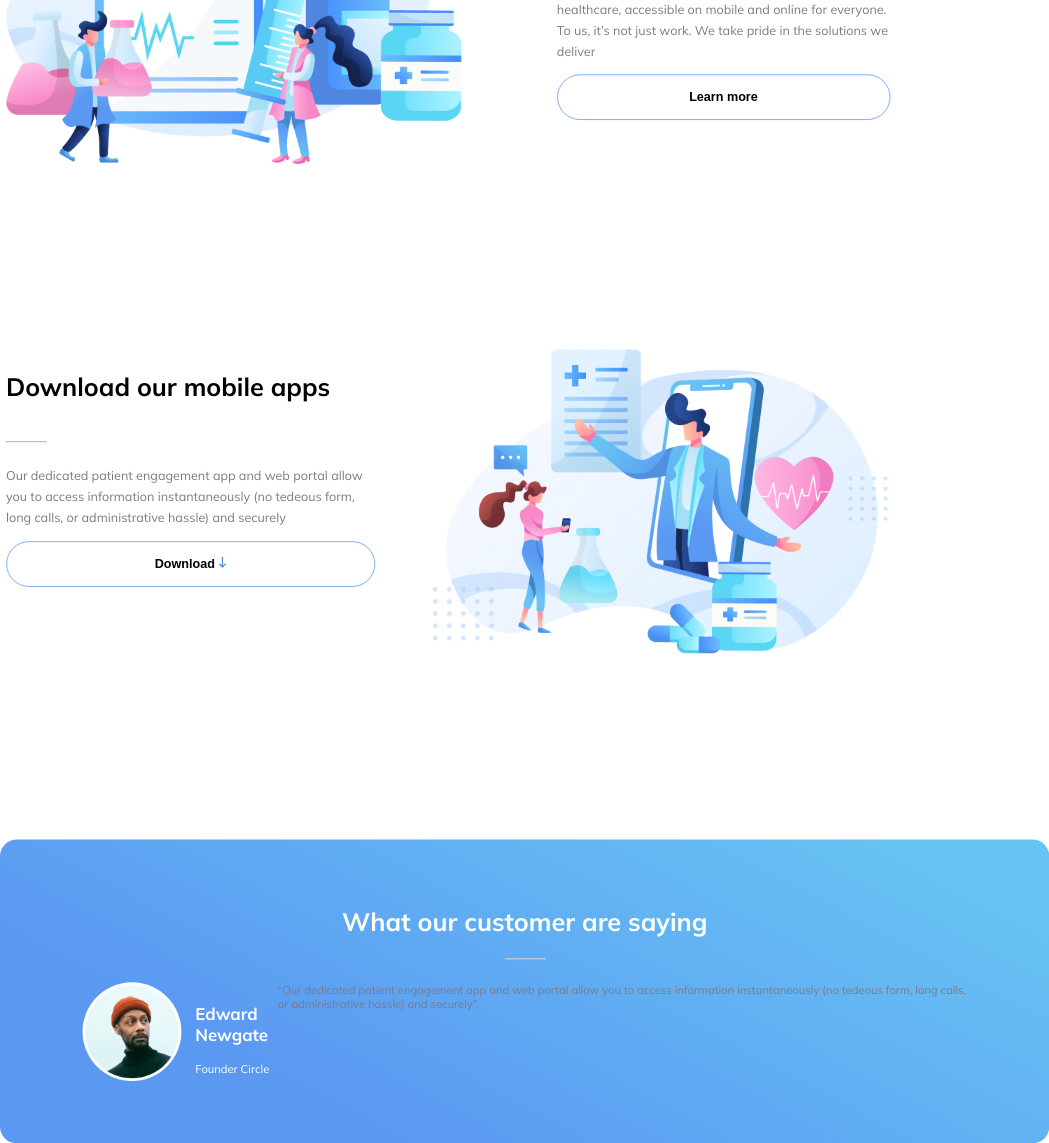
Repository: ivan-developer-01/trafalgar-layout
Page: index.html
The author's editor kept a copy of each file at every save. The page is drawn from the files as they stood at one save, then again after the next save.
The browser window is 1280 px wide. The page is 1499 px wide, so the pictures cover 1499 px, including what lies to the right of the window. The pictures show the part of the page from y = 2446 to 4086 px (the page is 4079 px tall before and 4086 px after), at 70% of full size.

Above is the page before, as saved 2024-11-08 15:29:45.

### index.html
<!DOCTYPE html>
<html lang="en">
<head>
	<meta charset="UTF-8">
	<meta http-equiv="X-UA-Compatible" content="IE=edge">
	<meta name="viewport" content="width=device-width, initial-scale=1.0">
	<title>Trafalgar Services</title>
	<link rel="preconnect" href="https://fonts.googleapis.com">
	<link rel="preconnect" href="https://fonts.gstatic.com" crossorigin>
	<link href="https://fonts.googleapis.com/css2?family=Mulish:ital,wght@0,200;0,300;0,400;0,500;0,600;0,700;0,800;0,900;1,200;1,300;1,400;1,500;1,600;1,700;1,800;1,900&display=swap" rel="stylesheet">
	<link rel="stylesheet" href="style.css">
</head>
<body>
	<header class="header">
		<div class="container">
			<!-- left part -->
			<div>
				<div class="logo">
					<img src="images/logo.png" alt="Trafalgar Logo">
				</div>
			</div>

			<!-- right part -->
			<div>
				<nav>
					<a href="#" class="nav__link nav__link-main">Home</a>
					<a href="#" class="nav__link">Find a doctor</a>
					<a href="#" class="nav__link">Apps</a>
					<a href="#" class="nav__link">Testimonials</a>
					<a href="#" class="nav__link">About us</a>
				</nav>
			</div>
		</div>
	</header>

	<main>
		<section class="main-info">
			<div class="container">
				<!-- left part -->
				<div>
					<h1>Virtual healthcare for you</h1>

					<p>Trafalgar provides progressive, and affordable healthcare, accessible on mobile and online for everyone</p>

					<button class="button round-button bg-blue">Consult today</button>
				</div>

				<!-- right part -->
				<div>
					<img src="images/hero.png" alt="Trafalgar hero image">
				</div>
			</div>

			<div class="overlay"></div>
		</section>

		<section class="our-services">
			<div class="container">
				<h2>Our services</h2>
				<hr>

				<p>We provide to you the best choiches for you. Adjust it to your health needs and make sure your undergo treatment with our highly qualified doctors you can consult with us which type of service is suitable for your health</p>

				<div class="cards">
					<div class="card">
						<img src="images/our-services/cards/search-doctor.svg" alt="Search doctor">
						<h3>Search doctor</h3>
						<p>Choose your doctor from thousands of specialist, general, and trusted hospitals</p>
					</div>
					<div class="card">
						<img src="images/our-services/cards/online-pharmacy.svg" alt="Online pharmacy">
						<h3>Online pharmacy</h3>
						<p>Buy  your medicines with our mobile application with a simple delivery system</p>
					</div>
					<div class="card">
						<img src="images/our-services/cards/consultation.svg" alt="Consultation">
						<h3>Consultation</h3>
						<p>Free consultation with our trusted doctors and get the best recomendations</p>
					</div>
					<div class="card">
						<img src="images/our-services/cards/details-info.svg" alt="Details info">
						<h3>Details info</h3>
						<p>Free consultation with our trusted doctors and get the best recomendations</p>
					</div>
					<div class="card">
						<img src="images/our-services/cards/emergency-care.svg" alt="Emergency care">
						<h3>Emergency care</h3>
						<p>You can get 24/7 urgent care for yourself or your children and your
lovely family</p>
					</div>
					<div class="card">
						<img src="images/our-services/cards/tracking.svg" alt="Tracking">
						<h3>Tracking</h3>
						<p>Track and save your medical history and health data</p>
					</div>
				</div>

				<button class="button round-button">Learn more</button>
			</div>

			<div class="overlay"></div>
			<div class="top-overlay"></div>
		</section>

		<section class="apps">
			<div class="container">
				<div class="flex-two-blocks">
					<!-- left part -->
					<div>
						<div class="image">
							<img src="images/apps/leading-healthcare-providers.png" alt="Leading healthcare providers">
						</div>
					</div>

					<!-- right part -->
					<div>
						<h2>Leading healthcare providers</h2>
						<hr>
						<p>
							Trafalgar provides progressive, and affordable healthcare, accessible on mobile and online for everyone. To us, it’s not just work. We take pride in the solutions we deliver
						</p>

						<button class="button round-button">Learn more</button>
					</div>
				</div>

				<div class="flex-two-blocks">
					<!-- left part -->
					<div>
						<h2>Download our mobile apps</h2>
						<hr>
						<p>
							Our dedicated patient engagement app and web portal allow you to access information instantaneously (no tedeous form, long calls, or administrative hassle) and securely
						</p>

						<button class="button round-button">Download
							<img src="images/arrow-download.svg" alt="Download icon">
						</button>
					</div>

					<!-- right part -->
					<div>
						<div class="image">
							<img src="images/apps/mobile-apps.png" alt="Mobile apps">
						</div>
					</div>
				</div>
			</div>
		</section>

		<section class="reviews">
			<div class="container">
				<h2>What our customer are saying</h2>
				<hr>
				<div class="review-slider">
					<div class="review">
						<div class="review-user">
							<img src="images/reviews/avatar-1.png" alt="Avatar" class="avatar">
							<div class="user-credentials">
								<h3>Edward Newgate</h3>
								<span>Founder Circle</span>
							</div>
						</div>

						<div class="review-text">
							<p>
								“Our dedicated patient engagement app and web portal allow you to access information instantaneously (no tedeous form, long calls, or administrative hassle) and securely”
							</p>
						</div>
					</div>
				</div>
			</div>
		</section>
	</main>
</body>
</html>

### style.css
html,
body {
	width: 100vw;
	margin: 0;
	padding: 0;
	font-family: 'Mulish', sans-serif;
}

.container {
	width: 100%;
	max-width: 1263px;
	margin: 0 auto;
}

section hr {
	width: 56px;
	margin-top: 26px;
	margin-bottom: 33px;
}

h1 {
	font-size: 48px;
}

h3 {
	font-size: 24px;
}

p {
	color: #7D7987;
	margin-top: 0;
}

.button {
	/* appearance: none; */
	border: 1px solid #458FF6;
	background: transparent;
	cursor: pointer;
	font-weight: 700;
	font-size: 18px;
	padding: 21px 41px;
}

.button.round-button {
	border-radius: 999px;
}

.bg-blue {
	background-color: #458FF6;
	color: #FFF;
}

/* header */
.header {
	padding-top: 56px;
}

.header .container {
	display: flex;
	justify-content: space-between;
	align-items: center;
}

.header nav {
	display: flex;
	gap: 40px;
	font-size: 18px;
}

.header nav a {
	text-decoration: none;
	color: #8f8a9a;
}

.header .nav__link-main {
	color: #1F1534;
}
/* /header */

/* main-info */
.main-info {
	position: relative;
}

.main-info .overlay {
	position: absolute;
	top: 0;
	left: 0;
	right: 0;
	bottom: 0;
	background-image: url(images/main-info-overlay.png);
	background-repeat: no-repeat;
	z-index: -1;
}

.main-info .container {
	display: flex;
	justify-content: space-between;
	align-items: center;
	gap: 109px;
}

.main-info p {
	font-size: 21px;
	line-height: 32px;
	margin-top: 25px;
	margin-bottom: 45px;
}
/* /main-info */

/* our-services */
.our-services {
	margin-top: 190px;
	position: relative;
}

.our-services .overlay,
.our-services .top-overlay {
	position: absolute;
	right: 0;
	bottom: 0;
	left: 0;
	background-repeat: no-repeat;
	z-index: -1;
	pointer-events: none;
}

.our-services .overlay {
	top: calc(20% - 44px);
	background-image: url(images/our-services/our-services-overlay.svg);
}

.our-services .top-overlay {
	top: 46%;
	left: 76%;
	background-image: url(images/our-services/our-services-top-overlay.svg);
}

.our-services .container {
	text-align: center;
}

.our-services p {
	max-width: 952px;
	margin: 0 auto;
}

.our-services .cards {
	display: grid;
	grid-template-columns: repeat(3, 1fr);
	gap: 34px;
	margin-top: 80px;
	position: relative;
	background: transparent;
}

.our-services .cards .card {
	box-shadow: 10px 40px 50px 0px #E5E9F666;
	/* top right bottom left */
	width: calc(350px - 52px - 36px);
	height: calc(354px - 58px - 47px);
	border-radius: 20px;
	padding: 58px 52px 47px 36px;
	text-align: left;
	background: #FFF;
	z-index: 1;
}

.our-services .cards .card p {
	font-size: 16px;
	line-height: 28px;
}

.our-services .cards .card h3 {
	margin-top: 36.25px;
}

.our-services .button {
	margin-top: 72px;
	color: #458FF6;
	border-width: 1.4px;
	min-width: 200px;
}
/* /our-services */

/* apps */
.apps {
	margin-top: 220px;
}

.apps .container {
	display: grid;
	gap: 265px;
}

.apps .flex-two-blocks {
	display: flex;
}

.apps .flex-two-blocks div {
	display: flex;
	flex-direction: column;
}

.apps .flex-two-blocks h2 {
	font-size: 36px;
}

.apps .flex-two-blocks hr {
	text-align: left;
	width: 56px;
	margin-left: 0;
	margin-right: 0;
}

.apps .flex-two-blocks p {
	font-size: 18px;
	line-height: 30px;
}

.apps .flex-two-blocks:first-child {
	gap: 137px;
}

.apps .flex-two-blocks:last-child {
	gap: 71px;
}
/* /apps */

/* reviews */
.reviews {
	margin-top: 266px;
}

.reviews .container {
	background: linear-gradient(208.18deg, #67C3F3 9.05%, #5A98F2 76.74%);
	color: white;
	text-align: center;
	padding: 64px 118px 89px 118px;
	border-radius: 24px;
}

.reviews hr {
	color: white;
}

.reviews h2 {
	font-size: 36px;
}


.review-slider .review {
	display: flex;
	justify-content: center;
}

.review-slider .review .review-user {
	display: flex;
	align-items: center;
	gap: 20px;
	text-align: left;
}
.review-slider .review .review-text {
	text-align: left;
}

/* /reviews */

After the next save:
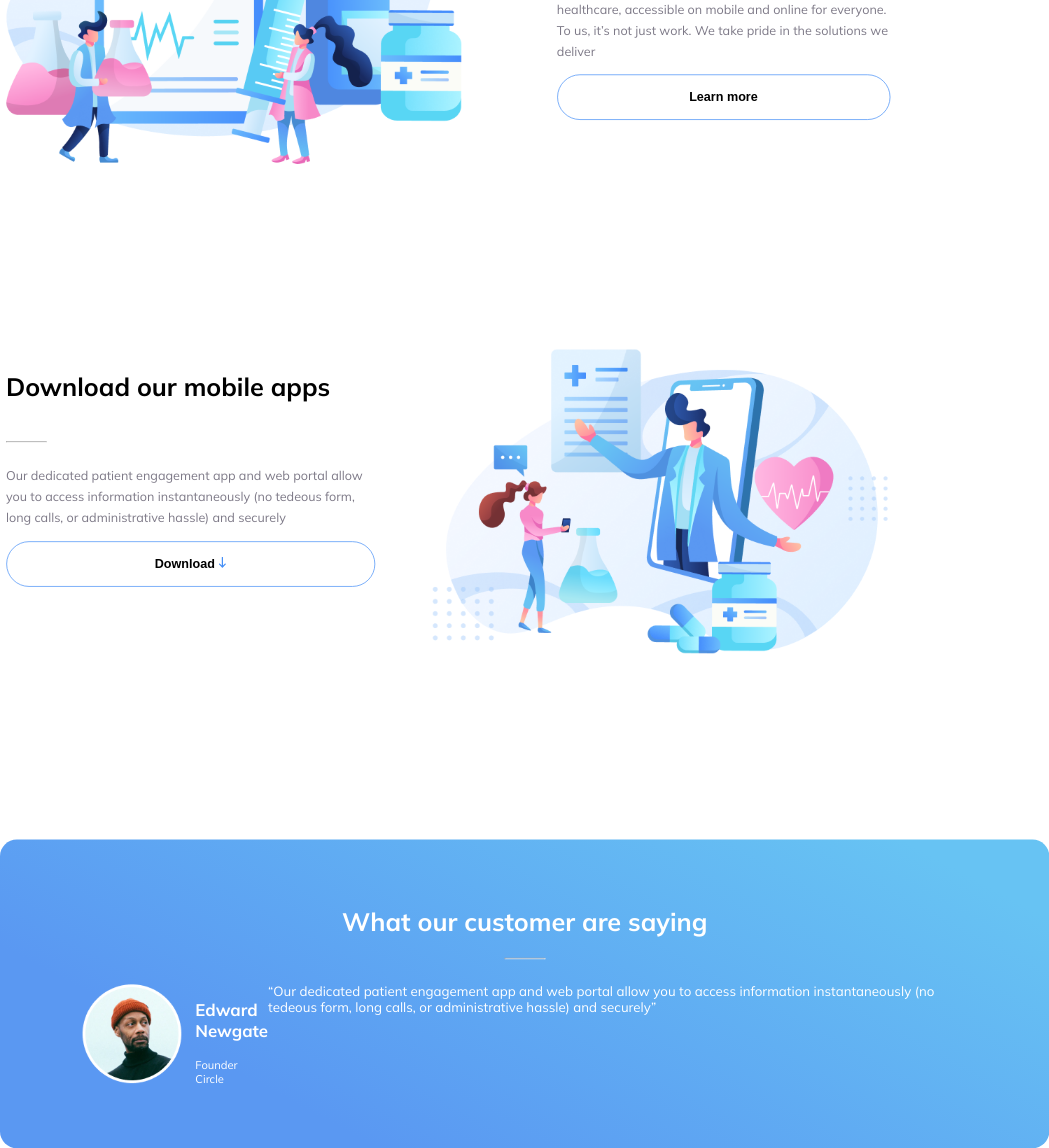
Saved 22 s later.
--- a/style.css
+++ b/style.css
@@ -260,8 +260,13 @@ p {
 	gap: 20px;
 	text-align: left;
 }
+
 .review-slider .review .review-text {
 	text-align: left;
 }
 
+.review-slider .review .review-text p {
+	color: white;
+	font-size: 19px;
+}
 /* /reviews */
